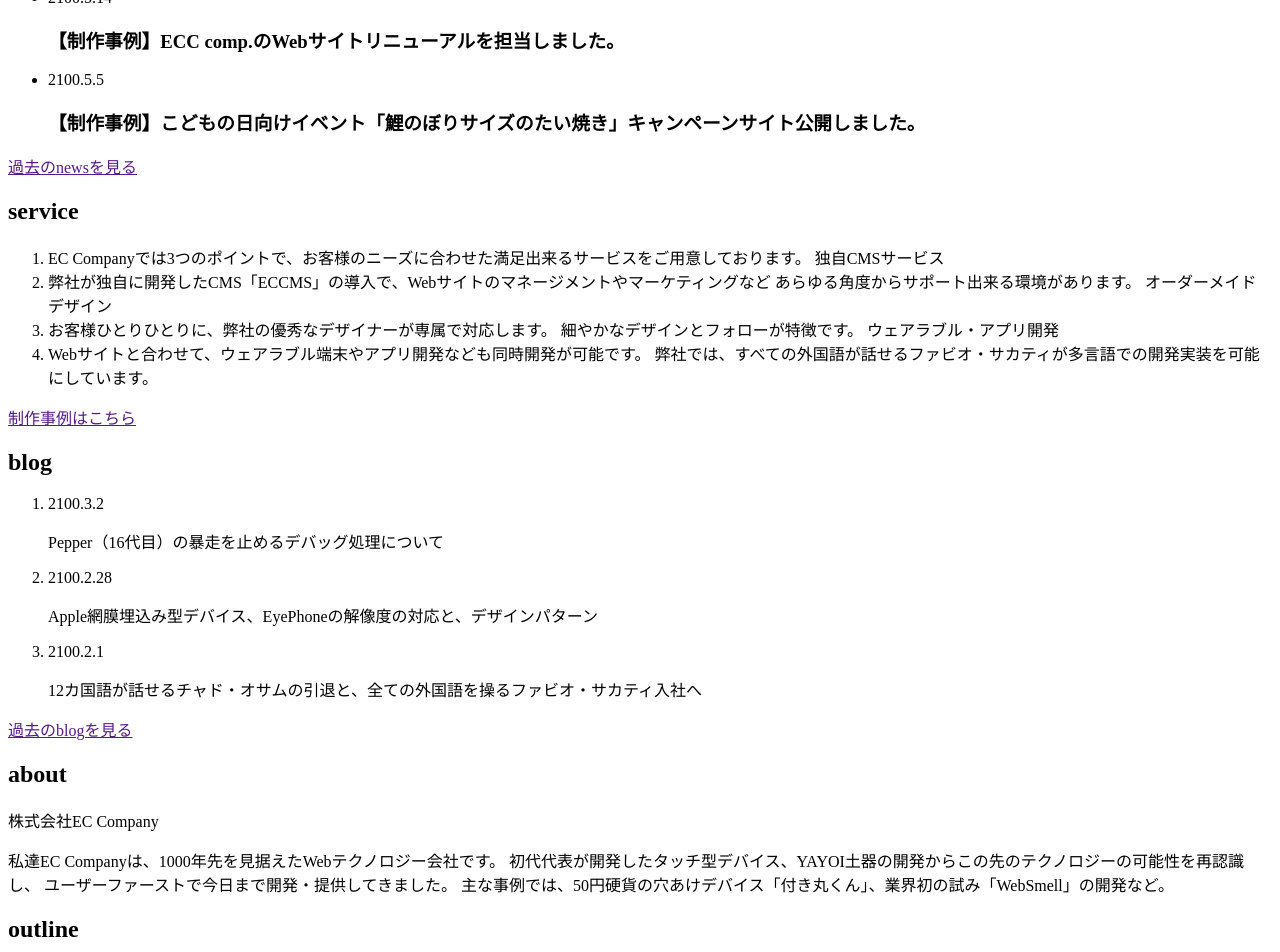
Repository: hsn320/html-practice
Page: html2/work01/work01.html
These files come from the project's save history. The page is drawn as it stood at one moment and after the next save; the edit follows.
The browser window is 1280 px wide. The pictures show the part of the page from y = 495 to 1447 px (the page is 2304 px tall before and 2473 px after).
A picture or video elsewhere on the page could not be fetched, so the positions and the page height are approximate.

Above is the page before, as saved 2025-10-01 23:11:05.

After the next save:
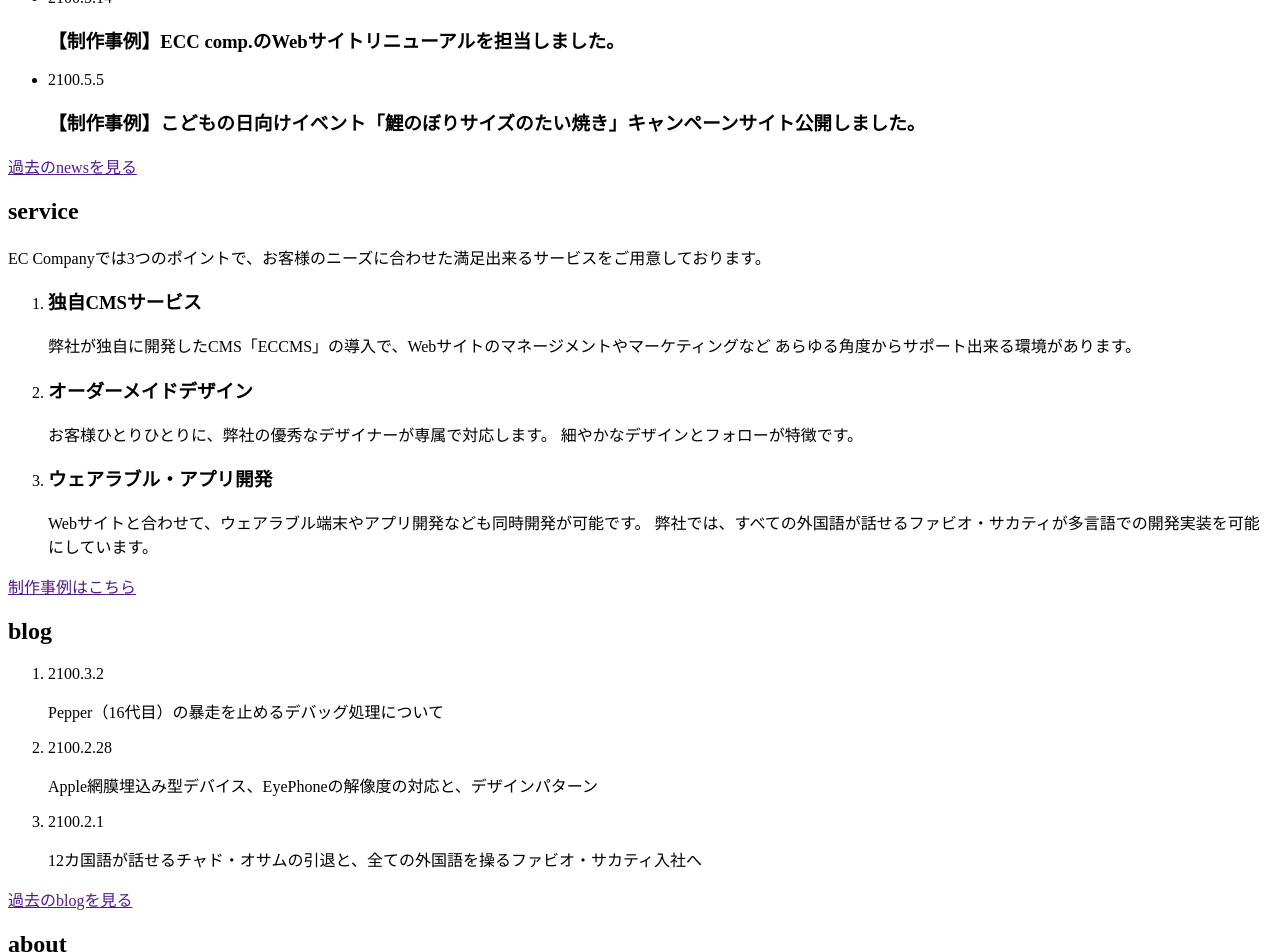
Saved 5 min 48 s later.
--- a/html2/work01/work01.html
+++ b/html2/work01/work01.html
@@ -54,21 +54,27 @@
     </section>
     <section>
         <h2>service</h2>
+        <p>EC Companyでは3つのポイントで、お客様のニーズに合わせた満足出来るサービスをご用意しております。</p>
         <ol>
             <li>
-                EC Companyでは3つのポイントで、お客様のニーズに合わせた満足出来るサービスをご用意しております。
-                独自CMSサービス
+                <article>
+                    <h3>独自CMSサービス</h3>
+                    <p>弊社が独自に開発したCMS「ECCMS」の導入で、Webサイトのマネージメントやマーケティングなど あらゆる角度からサポート出来る環境があります。</p>
+                </article>
             </li>
             <li>
-                弊社が独自に開発したCMS「ECCMS」の導入で、Webサイトのマネージメントやマーケティングなど あらゆる角度からサポート出来る環境があります。
-                オーダーメイドデザイン
+                <article>
+                    <h3>オーダーメイドデザイン</h3>
+                    <p>お客様ひとりひとりに、弊社の優秀なデザイナーが専属で対応します。 細やかなデザインとフォローが特徴です。</p>
+                </article>
             </li>
             <li>
-                お客様ひとりひとりに、弊社の優秀なデザイナーが専属で対応します。 細やかなデザインとフォローが特徴です。
-                ウェアラブル・アプリ開発
+                <article>
+                    <h3>ウェアラブル・アプリ開発</h3>
+                    <p>Webサイトと合わせて、ウェアラブル端末やアプリ開発なども同時開発が可能です。
+                        弊社では、すべての外国語が話せるファビオ・サカティが多言語での開発実装を可能にしています。</p>
+                </article>
             </li>
-            <li>Webサイトと合わせて、ウェアラブル端末やアプリ開発なども同時開発が可能です。
-                弊社では、すべての外国語が話せるファビオ・サカティが多言語での開発実装を可能にしています。</li>
         </ol>
         <a href="">制作事例はこちら</a>
     </section>
